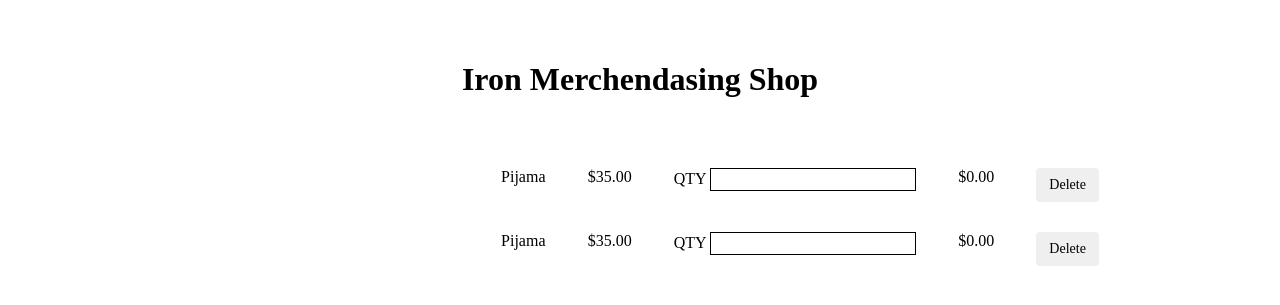
Repository: konstantin0s/lab-cart-DOM
Page: index.html
These files come from the project's save history. The page is drawn as it stood at one moment and after the next save; the edit follows.
The browser window is 1280 px wide. The pictures show the whole page.
Some web libraries are served in a nearby version.

Above is the page before, as saved 2019-02-03 09:28:09.
Console error: TypeError: Cannot read properties of null (reading 'addEventListener')

After the next save:
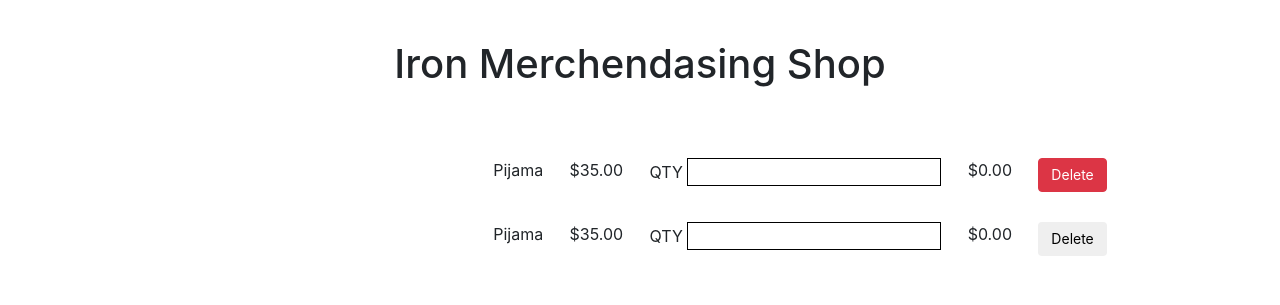
Saved 17 s later.
--- a/index.html
+++ b/index.html
@@ -6,7 +6,7 @@
   <meta http-equiv="X-UA-Compatible" content="ie=edge">
   <link rel="stylesheet" href="https://cdnjs.cloudflare.com/ajax/libs/normalize/5.0.0/normalize.min.css">
   <link rel="stylesheet" href="./css/style.css">
-  <!-- <link rel="stylesheet" href="https://stackpath.bootstrapcdn.com/bootstrap/4.2.1/css/bootstrap.min.css"> -->
+  <link rel="stylesheet" href="https://stackpath.bootstrapcdn.com/bootstrap/4.2.1/css/bootstrap.min.css">
   <title>Ironhack cart</title>
 </head>
 
@@ -66,7 +66,7 @@
           $<span>0.00</span>
         </div>
         <div class="remove">
-            <button class="button btn-delete" type="button">Delete</button>
+            <button class="button btn-danger" type="button">Delete</button>
         </div>
       </div>
 
